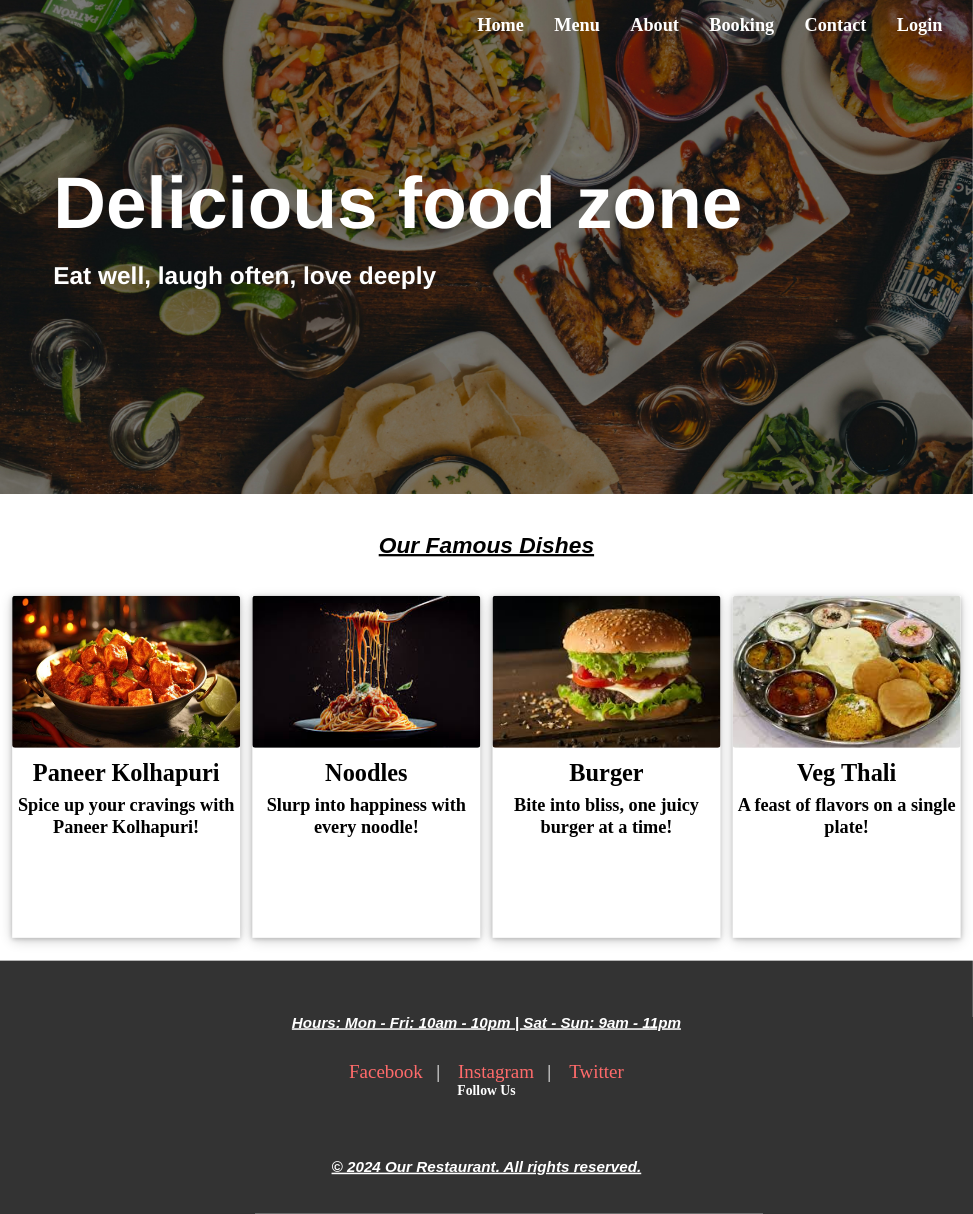
Repository: Shreya-Bonde/Restaurant-management-system
Page: index.html
These files come from the project's save history. The page is drawn as it stood at one moment and after a run of saves; the edit follows.
The browser window is 1280 px wide. The pictures show the whole page, at 76% of full size.

Above is the page before, as saved 2024-10-10 14:47:21.

After the next 3 saves:
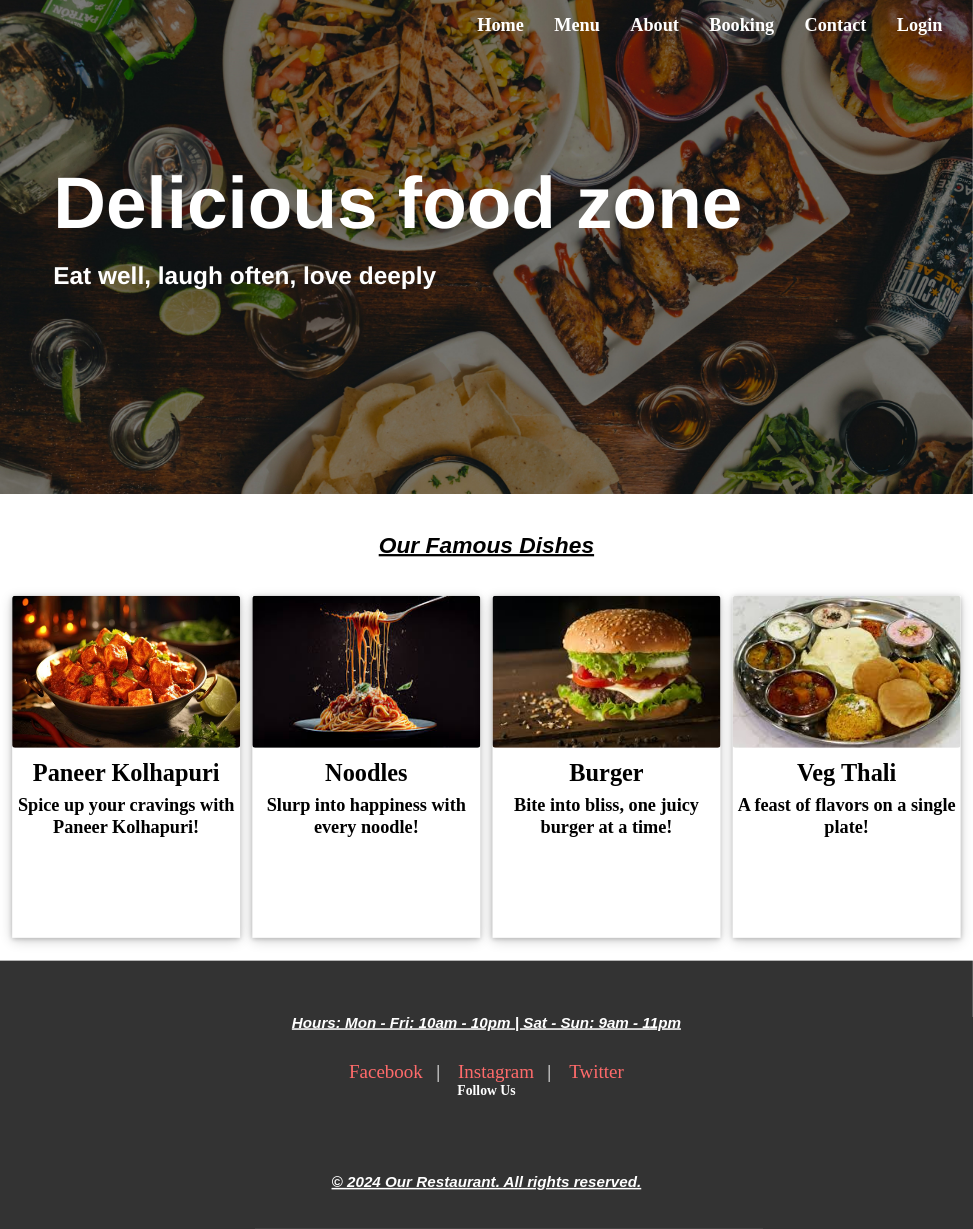
The 3 saves are shown as one change because they came seconds apart.
The last was saved 10 s later.
--- a/style.css
+++ b/style.css
@@ -132,5 +132,5 @@ footer p {
 }
 footer h2 {
     font-size: 18px;
-
+    margin-bottom: 20px;
 }
